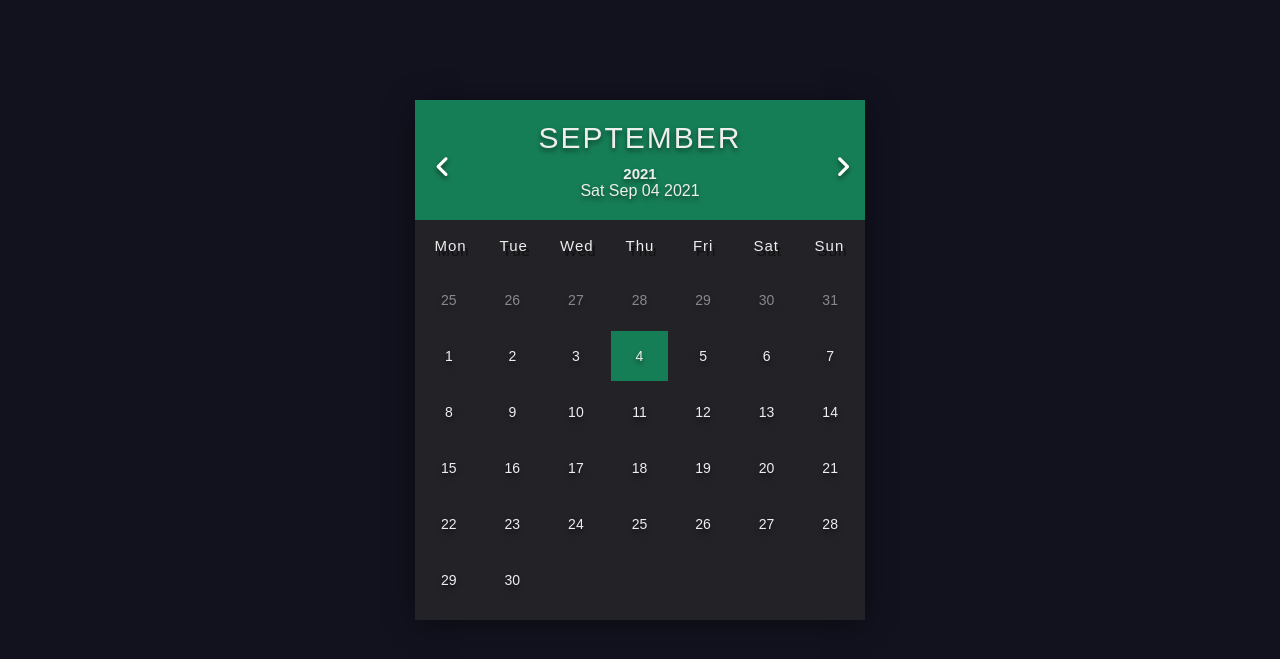
Repository: dboinska/calendar
Page: index.html
The author's editor kept a copy of each file at every save. The page is drawn from the files as they stood at one save, then again after the next save.
The browser window is 1280 px wide. The pictures show the whole page.
Some web libraries are served in a nearby version.

Above is the page before, as saved 2021-09-06 13:06:43.

### index.html
<!DOCTYPE html>
<html lang="en">
  <head>
    <meta charset="UTF-8" />
    <meta http-equiv="X-UA-Compatible" content="IE=edge" />
    <meta name="viewport" content="width=device-width, initial-scale=1.0" />
    <title>Calendar</title>
    <script
      src="https://kit.fontawesome.com/5567926149.js"
      crossorigin="anonymous"
    ></script>
    <link rel="stylesheet" href="style.css" />
  </head>
  <body>
    <div class="container">
      <div class="calendar">
        <div class="month">
          <i class="fas fa-angle-left prev"></i>
          <div class="date">
            <h1></h1>
            <h2></h2>
            <p></p>
          </div>
          <i class="fas fa-angle-right next"></i>
        </div>
        <div class="weekdays">
          <div>Mon</div>
          <div>Tue</div>
          <div>Wed</div>
          <div>Thu</div>
          <div>Fri</div>
          <div>Sat</div>
          <div>Sun</div>
        </div>
        <div class="days"></div>
      </div>
    </div>
    <script src="script.js"></script>
  </body>
</html>

### style.css
* {
  margin: 0;
  padding: 0;
  box-sizing: border-box;
  font-family: "Quicksand", sans-serif;
}

html {
  font-size: 62.5%;
}

.container {
  width: 100%;
  height: 100vh;
  background-color: #12121f;
  color: #eee;
  display: flex;
  justify-content: center;
  align-items: center;
}

.calendar {
  width: 45rem;
  height: 52rem;
  background-color: #222227;
  box-shadow: 0 0.5rem 3rem rgba(0, 0, 0, 0.4);
}

.fas {
  height: 10px;
  width: 10px;
  color: white;
}

.month {
  width: 100%;
  height: 12rem;
  background-color: #167e56;
  display: flex;
  justify-content: space-between;
  align-items: center;
  padding: 0 2rem;
  text-align: center;
  text-shadow: 0 0.3rem 0.5rem rgba(0, 0, 0, 0.5);
}

.month i {
  font-size: 2.5rem;
  cursor: pointer;
}

.month h1 {
  font-size: 3rem;
  font-weight: 400;
  text-transform: uppercase;
  letter-spacing: 0.2rem;
  margin-bottom: 1rem;
}

.month p {
  font-size: 1.6rem;
}

.weekdays {
  width: 100%;
  height: 5rem;
  padding: 0 0.4rem;
  display: flex;
  align-items: center;
}

.weekdays div {
  font-size: 1.5rem;
  font-weight: 400;
  letter-spacing: 0.1rem;
  width: calc(44.2rem / 7);
  display: flex;
  justify-content: center;
  align-items: center;
  text-shadow: 0.3rem 0.5rem rgba(0, 0, 0, 0.5);
}

.days {
  width: 100%;
  display: flex;
  flex-wrap: wrap;
  padding: 0.2rem;
}

.days div {
  font-size: 1.4rem;
  margin: 0.3rem;
  width: calc(40.3rem / 7);
  height: 5rem;
  display: flex;
  justify-content: center;
  align-items: center;
  text-shadow: 0 0.3rem 0.5rem rgba(0, 0, 0, 0.5);
  transition: background-color 0.2s;
}

.days div:hover:not(.today) {
  background-color: #262626;
  border: 2rem solid #777;
  cursor: pointer;
}

.prev-date,
.next-date {
  opacity: 0.5;
}

.today {
  background-color: #167e56;
}

### script.js
const date = new Date();
const renderCalendar = () => {
  const monthDays = document.querySelector(".days");
  const lastDay = new Date(
    date.getFullYear(),
    date.getMonth() + 1,
    0
  ).getDate();
  const prevLastDay = new Date(
    date.getFullYear(),
    date.getMonth(),
    0
  ).getDate();
  const firstDayIndex = date.getDay();
  const lastDayIndex = new Date(
    date.getFullYear(),
    date.getMonth(),
    0
  ).getDay();
  console.log(lastDayIndex);
  console.log(lastDay);

  const nextDays = 7 - lastDayIndex - 1;
  const months = [
    "January",
    "February",
    "March",
    "April",
    "May",
    "June",
    "July",
    "August",
    "September",
    "October",
    "November",
    "December",
  ];

  document.querySelector(".date h1").innerHTML = months[date.getMonth()];
  document.querySelector(".date h2").innerHTML = date.getFullYear();

  document.querySelector(".date p").innerHTML = new Date().toDateString();

  let days = "";

  for (let x = firstDayIndex + 1; x > 0; x--) {
    days += `<div class="prev-date">${prevLastDay - x + 1}</div>`;
  }
  for (let i = 1; i <= lastDay; i++) {
    if (
      i === new Date().getDate() &&
      date.getMonth() === new Date().getMonth()
    ) {
      days += `<div class="today">${i}</div>`;
    } else {
      days += `<div>${i}</div>`;
    }

    monthDays.innerHTML = days;
  }
  console.log("next days", nextDays, "last day index", lastDayIndex);
  //for (let j = 1; j <= nextDays - 1; j++) {
  for (let j = 1; j <= -nextDays; j++) {
    days += `<div class="next-date">${j}</div>`;
    monthDays.innerHTML = days;
  }
};
// date.setDate(1);
// console.log(date.getDay());
// const month = date.getMonth();
// console.log(month);

document.querySelector(".prev").addEventListener("click", () => {
  date.setMonth(date.getMonth() - 1);
  renderCalendar();
});

document.querySelector(".next").addEventListener("click", () => {
  date.setMonth(date.getMonth() + 1);
  console.log("month", date.getMonth());
  renderCalendar();
});

renderCalendar();

After the next save:
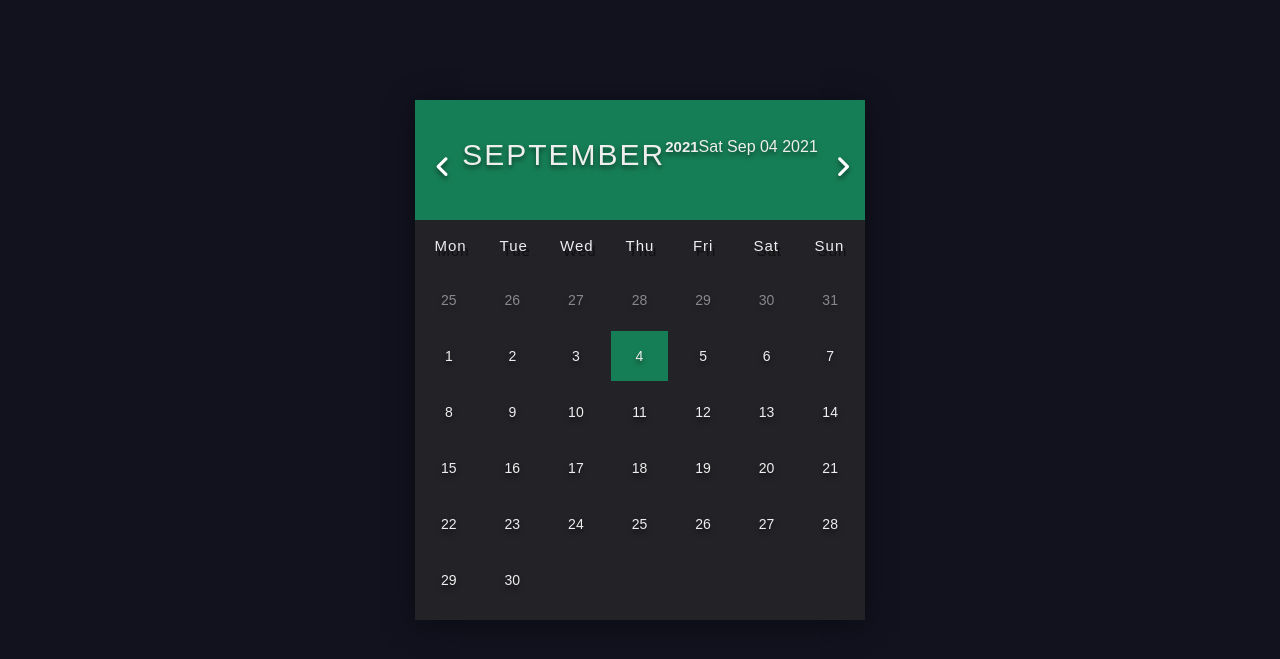
Saved 25 s later.
--- a/style.css
+++ b/style.css
@@ -110,6 +110,10 @@ html {
   opacity: 0.5;
 }
 
+.date {
+  display: flex;
+}
+
 .today {
   background-color: #167e56;
 }
